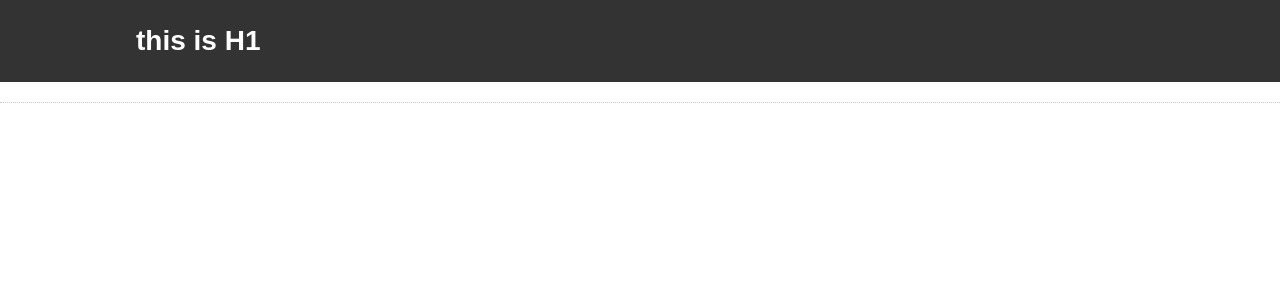
Repository: simonbcky/101
Page: http://localhost/j
The author's editor kept a record of every edit. The page is drawn from the files as they stood at one moment, then again after the next edit.
The browser window is 1280 px wide. The pictures show the whole page.
The page is served by the project's Node server (Jadestuff/index.js).

Above is the page before.

After the next edit:
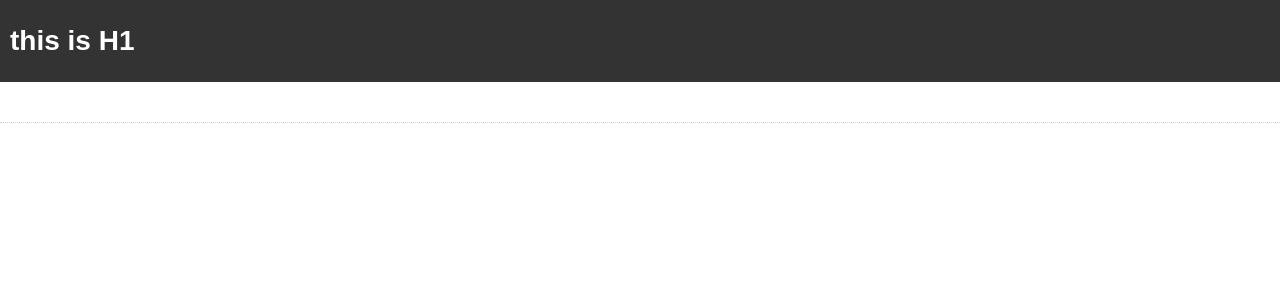
The edit:
--- a/Jadestuff/views/layout.jade
+++ b/Jadestuff/views/layout.jade
@@ -6,13 +6,13 @@
     body
         header
             .container
-                h1 this is H1
-            .container
-                .main-content
-                //content will come here when extended
-                    block content
-                .sidebar
-                //sidebar will come here
-                    block sidebar
+            h1 this is H1
+        .container
+            .main-content
+            //content will come here when extended
+                block content
+            .sidebar
+            //sidebar will come here
+                block sidebar
         footer
             .container
